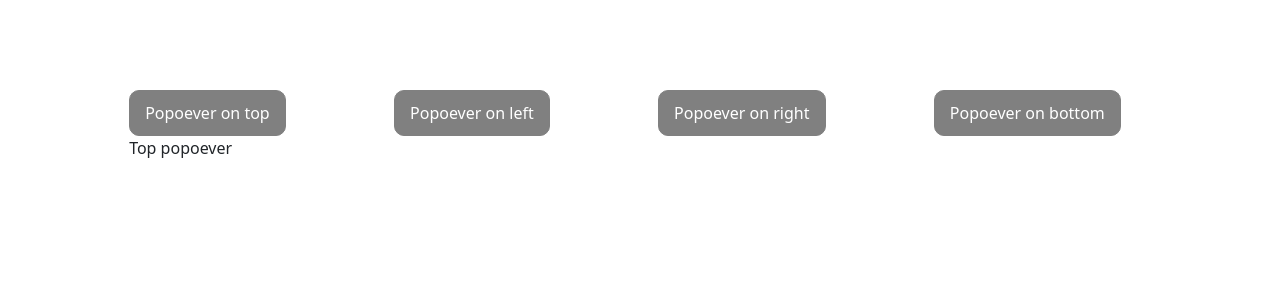
Repository: 1509Long/1509long.github.io
Page: exam.html
These files come from the project's save history. The page is drawn as it stood at one moment and after the next save; the edit follows.
The browser window is 1280 px wide. The pictures show the whole page.
After loading, the first visible `#button` was clicked once.

Above is the page before, as saved 2022-05-24 21:05:36.

### exam.html
<!DOCTYPE html>
<html lang="en">
  <head>
    <title>Title</title>
    <!-- Required meta tags -->
    <meta charset="utf-8" />
    <meta
      name="viewport"
      content="width=device-width, initial-scale=1, shrink-to-fit=no"
    />

    <!-- Bootstrap CSS v5.0.2 -->
    <link
      rel="stylesheet"
      href="https://cdn.jsdelivr.net/npm/bootstrap@5.0.2/dist/css/bootstrap.min.css"
      integrity="sha384-EVSTQN3/azprG1Anm3QDgpJLIm9Nao0Yz1ztcQTwFspd3yD65VohhpuuCOmLASjC"
      crossorigin="anonymous"
    />
    <style>

      body {
        margin: 90px;
      }
      .toggle-top , .toggle-bottom , .toggle-left , .toggle-right {
        visibility: hidden;
      }

      #button {
        color: #fff;
        background-color: grey;
        padding: 10px 15px;
        border: 1px solid grey;
        border-radius: 10px;
        margin-right: 30px
      }

      .box {
        padding: 20px;
        border: 1px solid grey;
        border-radius: 10px;
      }

      .toggle-top {
        position: absolute;
        top: -80px;
        left: 0;
        z-index: 1000;
        background-color: aqua;
      }

      .toggle-bottom {
        position: absolute;
        top: 80px;
        left: 0;
        z-index: 1000;
        background-color: aqua;
      }

      .toggle-left {
        position: absolute;
        top: 0;
        left: -140px;
        z-index: 1000;
        background-color: aqua;
      }

      .toggle-right {
        position: absolute;
        top: 0;
        left: 155px;
        z-index: 1000;
        background-color: aqua;
      }

      #right {
        width: 160px;
      }

      .box1 , .box2 , .box3 , .box4 {
        position: relative;
      }


    </style>
  </head>
  <body>
      <div class="d-flex justify-content-around">
        <div class="box1">
          <button id="button" onclick="boxA()">Popoever on top</button>
          <div class="toggle-top hide1" id="top">Top popoever</div>
        </div>

        <div class="box3">
          <button id="button" onclick="boxC()">Popoever on left</button>
          <div class="toggle-left hide2" id="left">Left popover</div>
        </div>

        <div class="box4">
          <button id="button" onclick="boxD()">Popoever on right</button>
          <div class="toggle-right hide3" id="right">Right popover</div>
        </div>

        <div class="box2">
          <button id="button" onclick="boxB()">Popoever on bottom</button>
          <div class="toggle-bottom hide4" id="bottom">Bottom popover</div>
        </div>
      </div>



    <!-- Bootstrap JavaScript Libraries -->
    <script src="https://unpkg.com/@popperjs/core@2"></script>
    <script
      src="https://cdn.jsdelivr.net/npm/@popperjs/core@2.9.2/dist/umd/popper.min.js"
      integrity="sha384-IQsoLXl5PILFhosVNubq5LC7Qb9DXgDA9i+tQ8Zj3iwWAwPtgFTxbJ8NT4GN1R8p"
      crossorigin="anonymous"
    ></script>
    <script
      src="https://cdn.jsdelivr.net/npm/bootstrap@5.0.2/dist/js/bootstrap.min.js"
      integrity="sha384-cVKIPhGWiC2Al4u+LWgxfKTRIcfu0JTxR+EQDz/bgldoEyl4H0zUF0QKbrJ0EcQF"
      crossorigin="anonymous"
    ></script>

    <script>
      function boxA () {
        let click = document.getElementById("top");
        console.log(click);
        click.classList.toggle("toggle-top");
      }

      function boxB () {
        let click = document.getElementById("bottom");
        console.log(click);
        click.classList.toggle("toggle-bottom");
      }

      function boxC () {
        let click = document.getElementById("left");
        console.log(click);
        click.classList.toggle("toggle-left");
      }

      function boxD () {
        let click = document.getElementById("right");
        console.log(click);
        click.classList.toggle("toggle-right");
      }
    </script>
  </body>
</html>

After the next save:
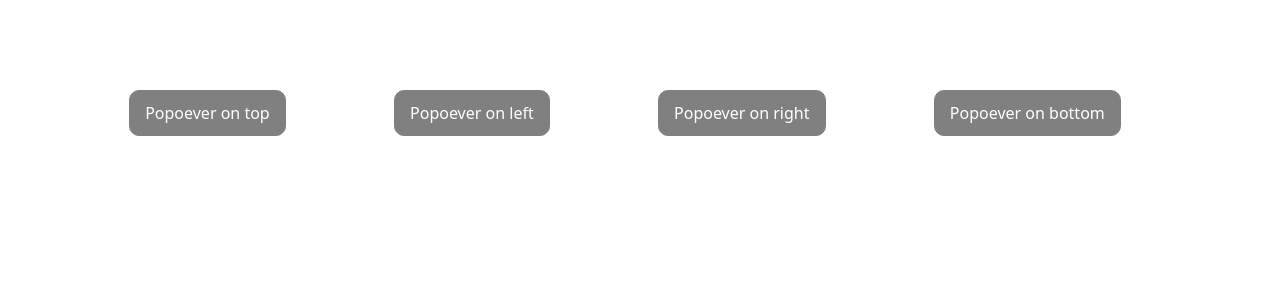
Saved 7 s later.
--- a/exam.html
+++ b/exam.html
@@ -125,7 +125,7 @@
       function boxA () {
         let click = document.getElementById("top");
         console.log(click);
-        click.classList.toggle("toggle-top");
+        click.classList.toggle("hide1");
       }
 
       function boxB () {

After the 3 saves that followed:
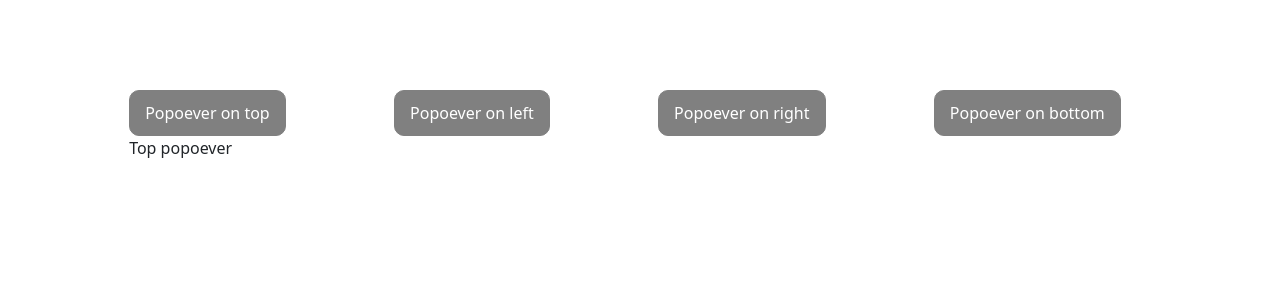
The 3 saves are shown as one change because 1 left the picture as it was and some came seconds apart.
The last was saved 82 s later.
--- a/exam.html
+++ b/exam.html
@@ -87,7 +87,7 @@
       <div class="d-flex justify-content-around">
         <div class="box1">
           <button id="button" onclick="boxA()">Popoever on top</button>
-          <div class="toggle-top hide1" id="top">Top popoever</div>
+          <div class="toggle-top hide" id="top">Top popoever</div>
         </div>
 
         <div class="box3">
@@ -125,7 +125,7 @@
       function boxA () {
         let click = document.getElementById("top");
         console.log(click);
-        click.classList.toggle("hide1");
+        click.classList.toggle("toggle-top");
       }
 
       function boxB () {
